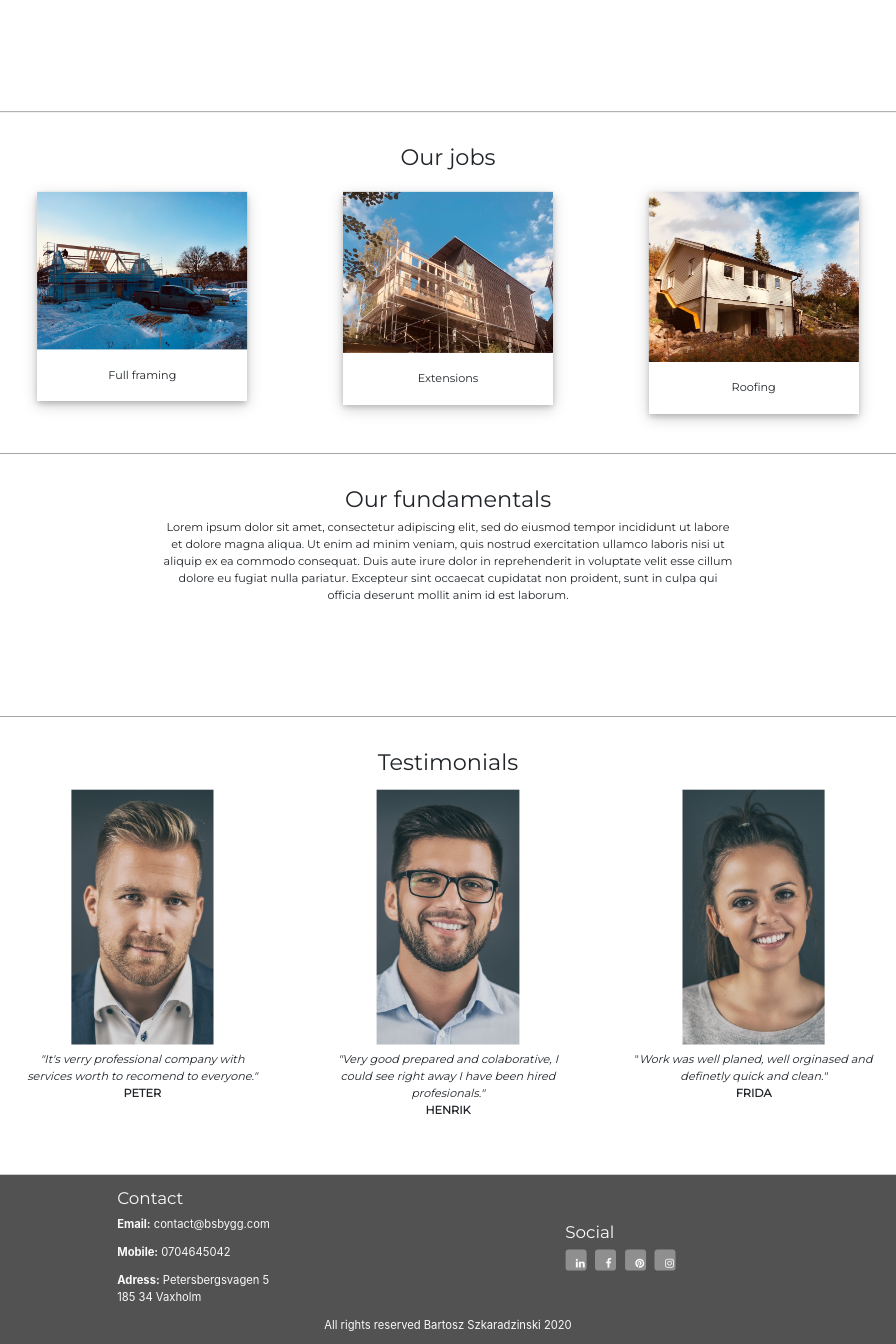
Repository: Bartie1982/milestone-project-1
Page: index.html
The author's editor kept a record of every edit. The page is drawn from the files as they stood at one moment, then again after the next edit.
The browser window is 1280 px wide. The pictures show the part of the page from y = 1033 to 2953 px (the page is 2953 px tall), at 70% of full size.

Above is the page before.

After the next edit:
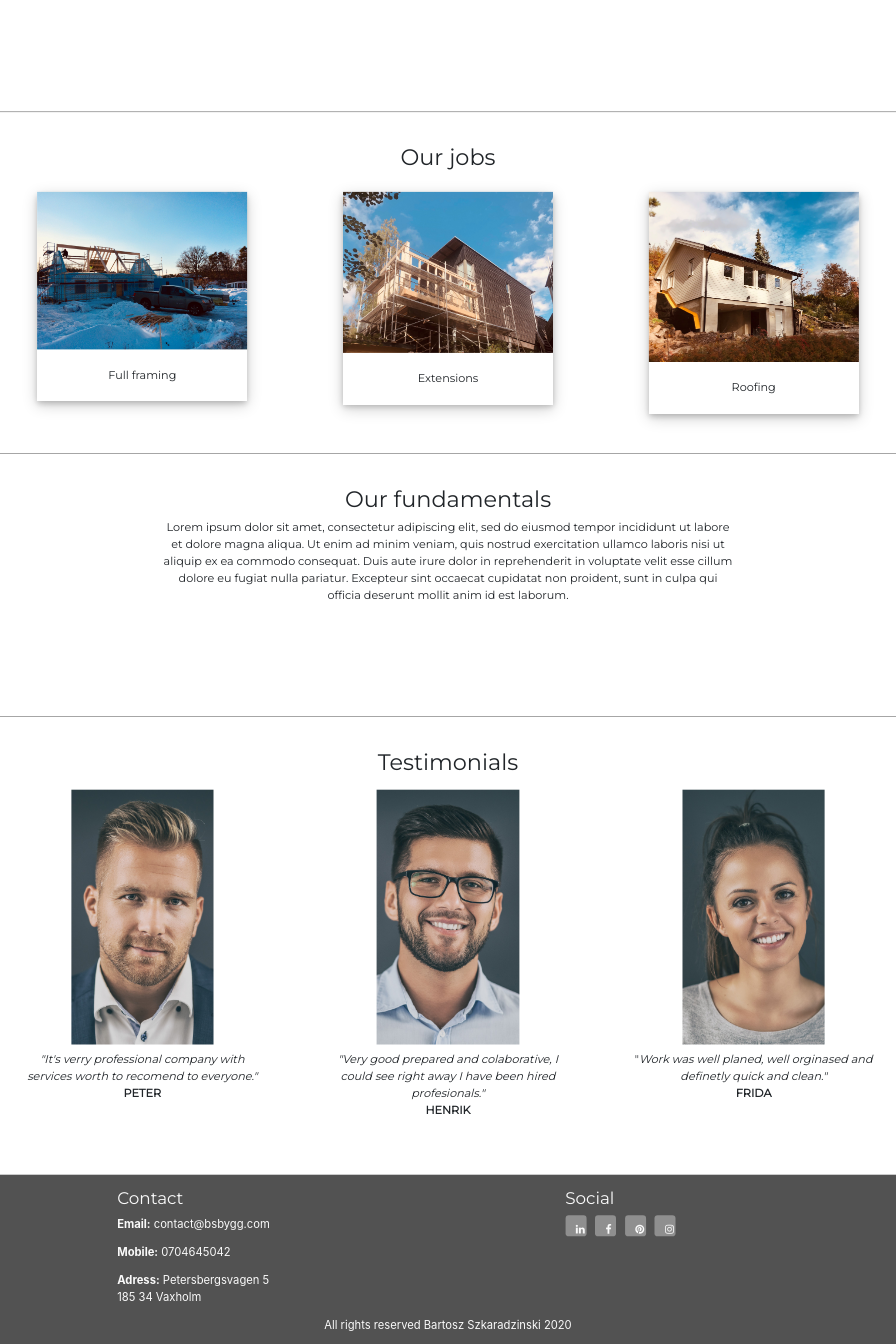
The edit:
--- a/assets/css/style.css
+++ b/assets/css/style.css
@@ -229,7 +229,8 @@
 
 }
 .social {
-     margin: auto;
+     margin-right: auto;
+     margin-left: auto;
 }
 
 .social-links li a i {
